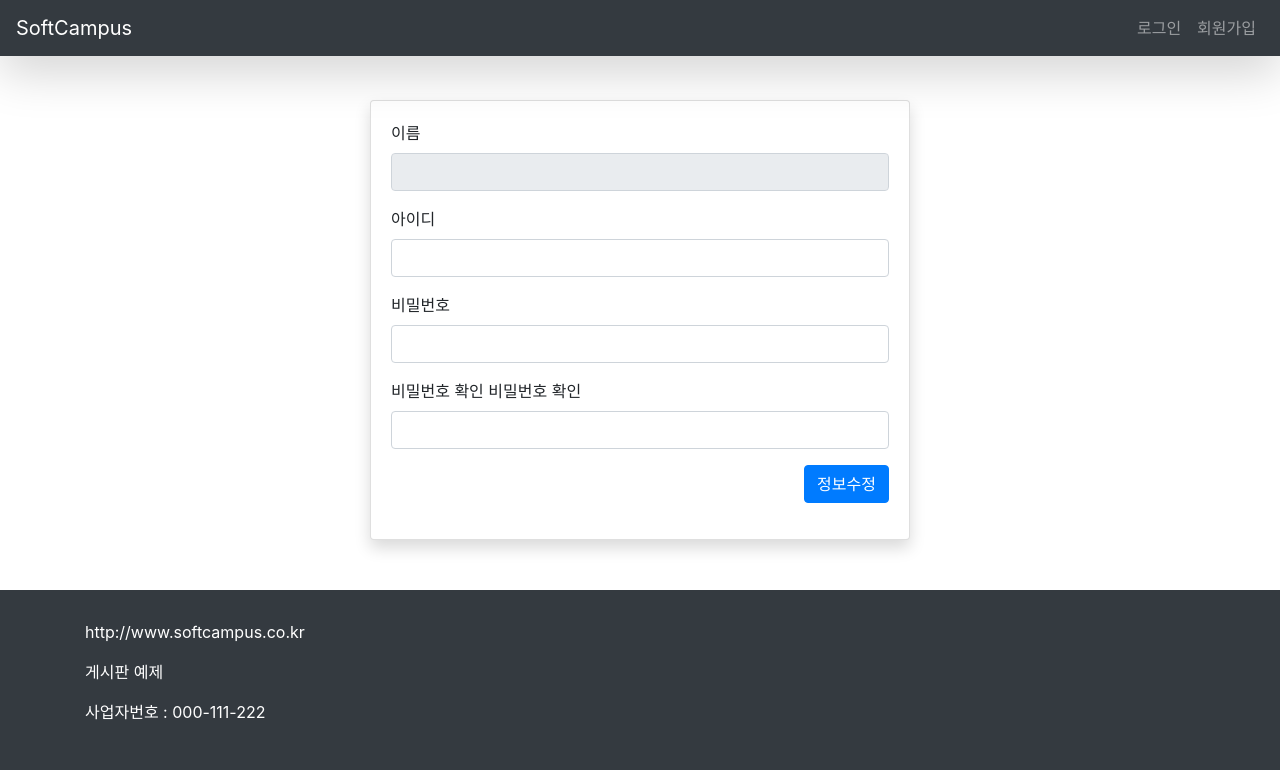
Repository: Wunhyeon/SpringMVC
Page: http://localhost/MiniProjectJava/WEB-INF/views/user/modify.jsp
An editor plug-in stored every save of this project. The page is shown before and after the next save, followed by the edit.
The browser window is 1280 px wide. The pictures show the whole page.
The page is served by Tomcat 9. Nobody is signed in. The template is opened directly, without the code that normally fills it, so the values that code supplies are empty.

Above is the page before, as saved 2020-09-06 20:23:46.

After the next save:
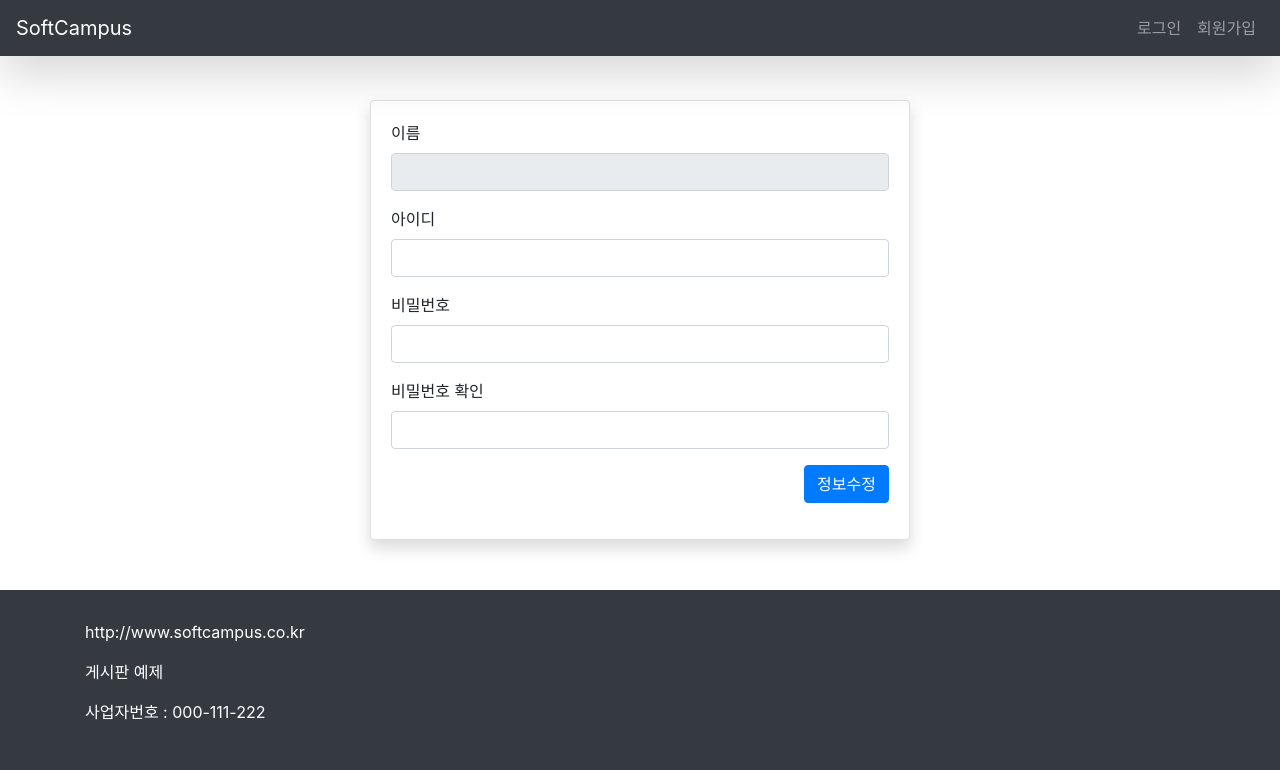
Saved 13 s later.
--- a/MiniProjectJava/WebContent/WEB-INF/views/user/modify.jsp
+++ b/MiniProjectJava/WebContent/WEB-INF/views/user/modify.jsp
@@ -44,7 +44,6 @@
 							<form:errors path="user_pw" style="color:red"></form:errors>
 						</div>
 						<div class="form-group">
-							<label for="user_pw2">비밀번호 확인</label>
 							<form:label path="user_pw2">비밀번호 확인</form:label>
 							<form:password path="user_pw2" class="form-control"/>
 							<form:errors path="user_pw2" style="color:red"/>
